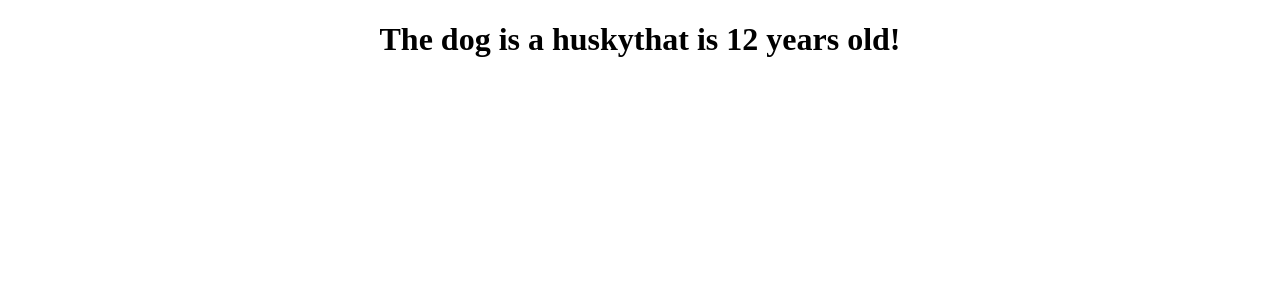
Repository: Lexscher/PHP-practice
Page: http://localhost/
The author's editor kept a record of every edit. The page is drawn from the files as they stood at one moment, then again after the next edit.
The browser window is 1280 px wide. The pictures show the whole page.
The page is run by PHP 8.4 with error messages shown; the project is at /var/www/html/.

Above is the page before.

### index.php
<!DOCTYPE html>
<html>
    <head>
        <title>My php website!</title>
    </head>
</html>

<body>

    <center>

        <h1>
               <?php
                // Functions

                function doggo($breed, $age) {
                    echo "The dog is a " . $breed . "that is " . $age . " years old!";
                }

               doggo("husky", "12");
                ?>
        </h1>

    </center>

</body>

After the next edit:
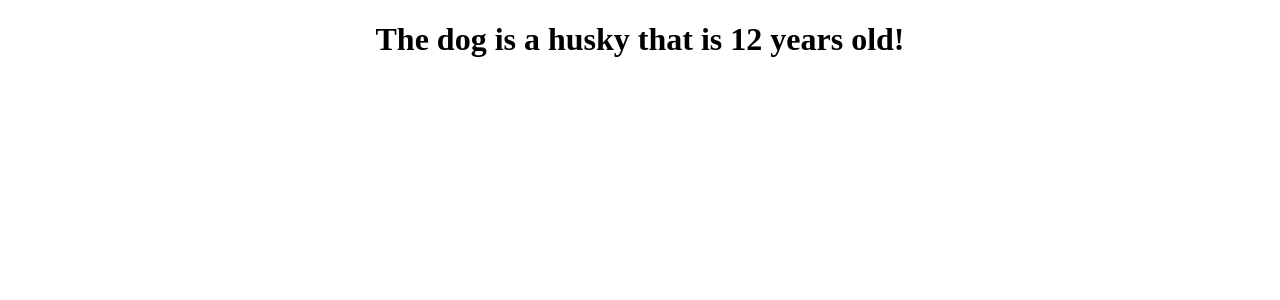
The edit:
--- a/index.php
+++ b/index.php
@@ -14,7 +14,7 @@
                 // Functions
 
                 function doggo($breed, $age) {
-                    echo "The dog is a " . $breed . "that is " . $age . " years old!";
+                    echo "The dog is a " . $breed . " that is " . $age . " years old!";
                 }
 
                doggo("husky", "12");
